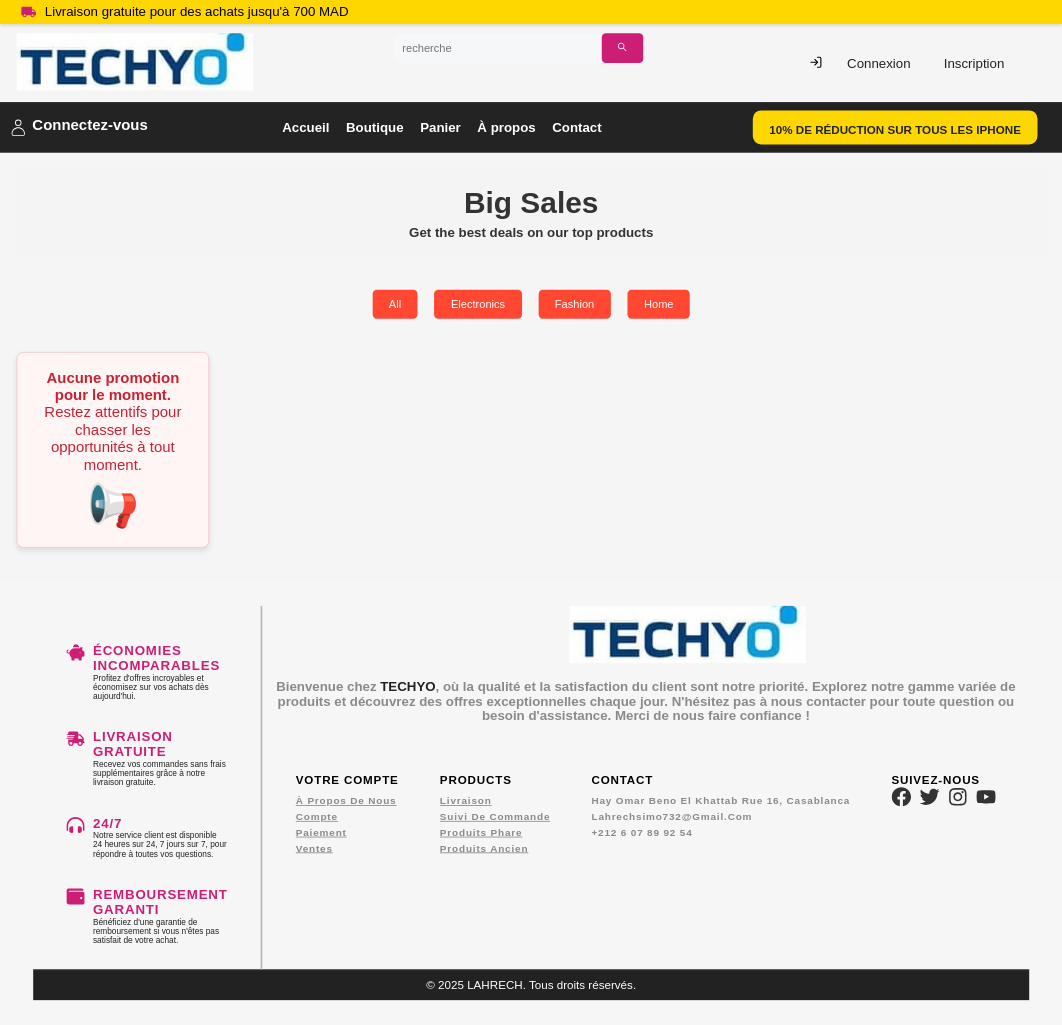
Repository: sebti-cloud/project-modern
Page: /sales (app in ecommerce_website/)
An editor plug-in stored every save of this project. The page is shown before and after the next save, followed by the edit.
The browser window is 1280 px wide. The pictures show the whole page, at 83% of full size.
The page's requests for data from a server got no answer. The project was rebuilt for these pictures with package versions that can differ from the ones it lists, and the page was loaded fresh each time. No one was signed in, and anything a server would have sent is missing. Also part of the build but not shown: ecommerce_website/src/comp/home.js, ecommerce_website/src/comp/shop.js, ecommerce_website/src/comp/cart.js, ecommerce_website/src/comp/contact.js, ecommerce_website/src/comp/rout.js, ecommerce_website/src/comp/Products.js, ecommerce_website/src/comp/Orders.js, ecommerce_website/src/comp/LikedProducts.js and 23 more.

Above is the page before, as saved 2025-01-08 18:32:40.

After the next save:
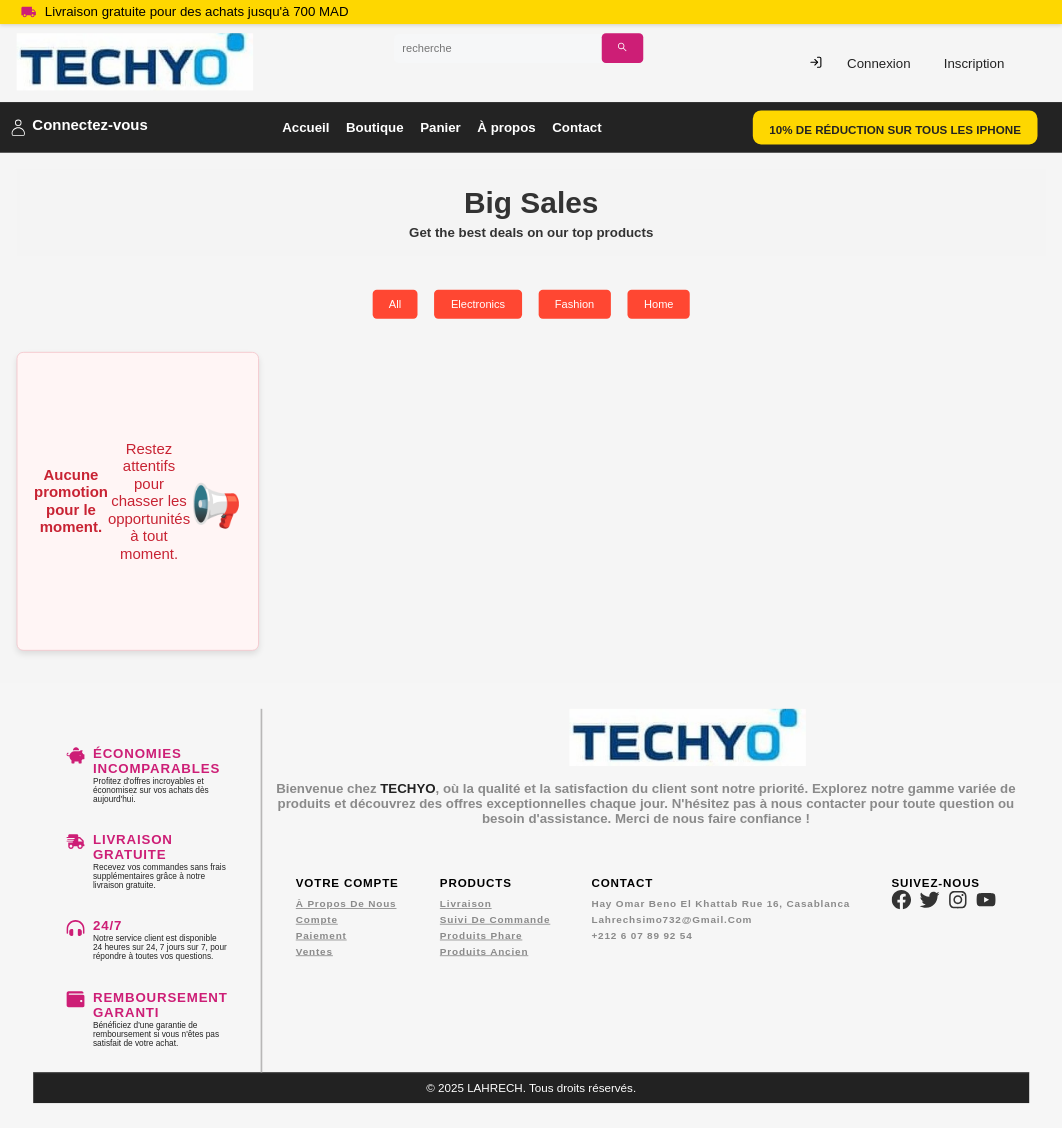
Saved 10 min 16 s later.
--- a/ecommerce_website/src/comp/Sales.js
+++ b/ecommerce_website/src/comp/Sales.js
@@ -72,6 +72,9 @@ const Sales = ({ addtocart }) => {
                         ))
                     ) : (
                         <div className="no-promotions" style={{
+                            display: 'flex',
+                            justifyContent: 'center',
+                            alignItems: 'center',
                             textAlign: 'center',
                             backgroundColor: '#fff5f5',
                             color: '#c82333',
@@ -83,7 +86,8 @@ const Sales = ({ addtocart }) => {
                             fontFamily: 'Arial, sans-serif',
                             fontSize: '18px',
                             maxWidth: '600px',
-                            margin: '20px auto'
+                            margin: '20px auto',
+                            minHeight: '50vh'
                         }}>
                             <strong>Aucune promotion pour le moment.</strong>
                             <p>Restez attentifs pour chasser les opportunités à tout moment.</p>
